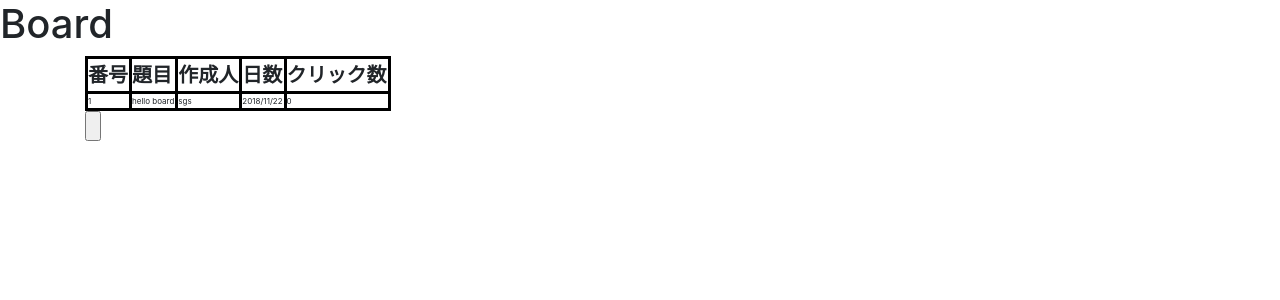
Repository: songgisung/study_web
Page: 20181126/test/board/WebContent/board.html
An editor plug-in stored every save of this project. The page is shown before and after a run of saves, followed by the edit.
The browser window is 1280 px wide. The pictures show the whole page.

Above is the page before, as saved 2018-11-26 02:34:14.

### 20181126/test/board/WebContent/board.html
<!DOCTYPE html>
<html>
	<head>
		<meta charset="UTF-8">
		<meta name="viewport" content="width=device-width, initial-scale=1, shrink-to-fit=no">
		<title>게시판</title>

		<link rel="stylesheet" href="https://stackpath.bootstrapcdn.com/bootstrap/4.1.3/css/bootstrap.min.css" integrity="sha384-MCw98/SFnGE8fJT3GXwEOngsV7Zt27NXFoaoApmYm81iuXoPkFOJwJ8ERdknLPMO" crossorigin="anonymous">
		<link rel="stylesheet" href="css/board.css">
	</head>
<body>
	<h1>Board</h1>
	<div class="container">
		<table class="table_">
			<tr>
				<th>番号</th>
				<th>題目</th>
				<th>作成人</th>
				<th>日数</th>
				<th>クリック数</th>
			</tr>
			<tr>
				<td>1</td>
				<td>hello board</td>
				<td>sgs</td>
				<td>2018/11/22</td>
				<td>0</td>
			</tr>
		</table>
		<input type="button" name="게시판작성" onclick><br/>
		<from action="BoardWriter.html" method="post"></from>
	</div>
	<script src="https://code.jquery.com/jquery-3.3.1.slim.min.js" integrity="sha384-q8i/X+965DzO0rT7abK41JStQIAqVgRVzpbzo5smXKp4YfRvH+8abtTE1Pi6jizo" crossorigin="anonymous"></script>
	<script src="https://cdnjs.cloudflare.com/ajax/libs/popper.js/1.14.3/umd/popper.min.js" integrity="sha384-ZMP7rVo3mIykV+2+9J3UJ46jBk0WLaUAdn689aCwoqbBJiSnjAK/l8WvCWPIPm49" crossorigin="anonymous"></script>
	<script src="https://stackpath.bootstrapcdn.com/bootstrap/4.1.3/js/bootstrap.min.js" integrity="sha384-ChfqqxuZUCnJSK3+MXmPNIyE6ZbWh2IMqE241rYiqJxyMiZ6OW/JmZQ5stwEULTy" crossorigin="anonymous"></script>
</body>
</html>

### 20181126/test/board/WebContent/css/board.css
@charset "UTF-8";

.table_{

	margin:0px;
	font-size: 20px;
}
.cell{

}

.table_ th{
	padding-left: 0px;
	margin:10px;
	border:3px black solid;
	font-szie :10px
}
.table_ td{
	padding-left: 0px;
	margin:10px;
	border:3px black solid;
	font-size:8px
}

After the next 2 saves:
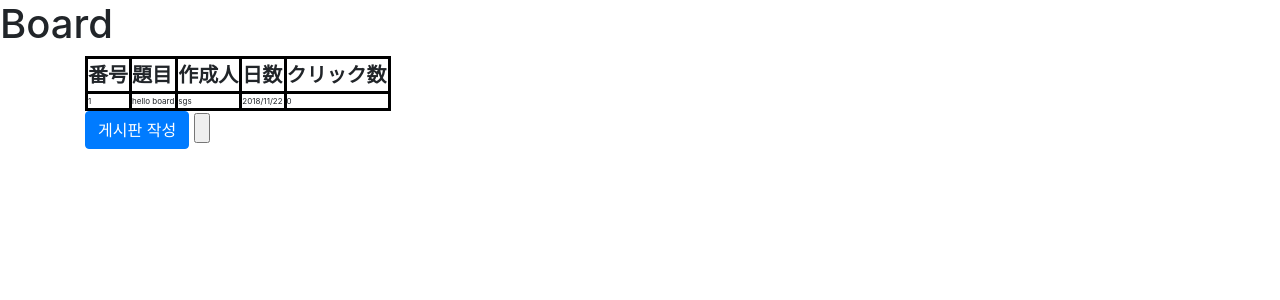
The 2 saves are shown as one change because they came seconds apart.
The last was saved 6 min 21 s later.
--- a/20181126/test/board/WebContent/board.html
+++ b/20181126/test/board/WebContent/board.html
@@ -27,6 +27,10 @@
 				<td>0</td>
 			</tr>
 		</table>
+		<button type="button" class = "btn btn-primary">
+			게시판 작성
+			<a href="BoardWriter.html"></a>
+		</button>
 		<input type="button" name="게시판작성" onclick><br/>
 		<from action="BoardWriter.html" method="post"></from>
 	</div>
